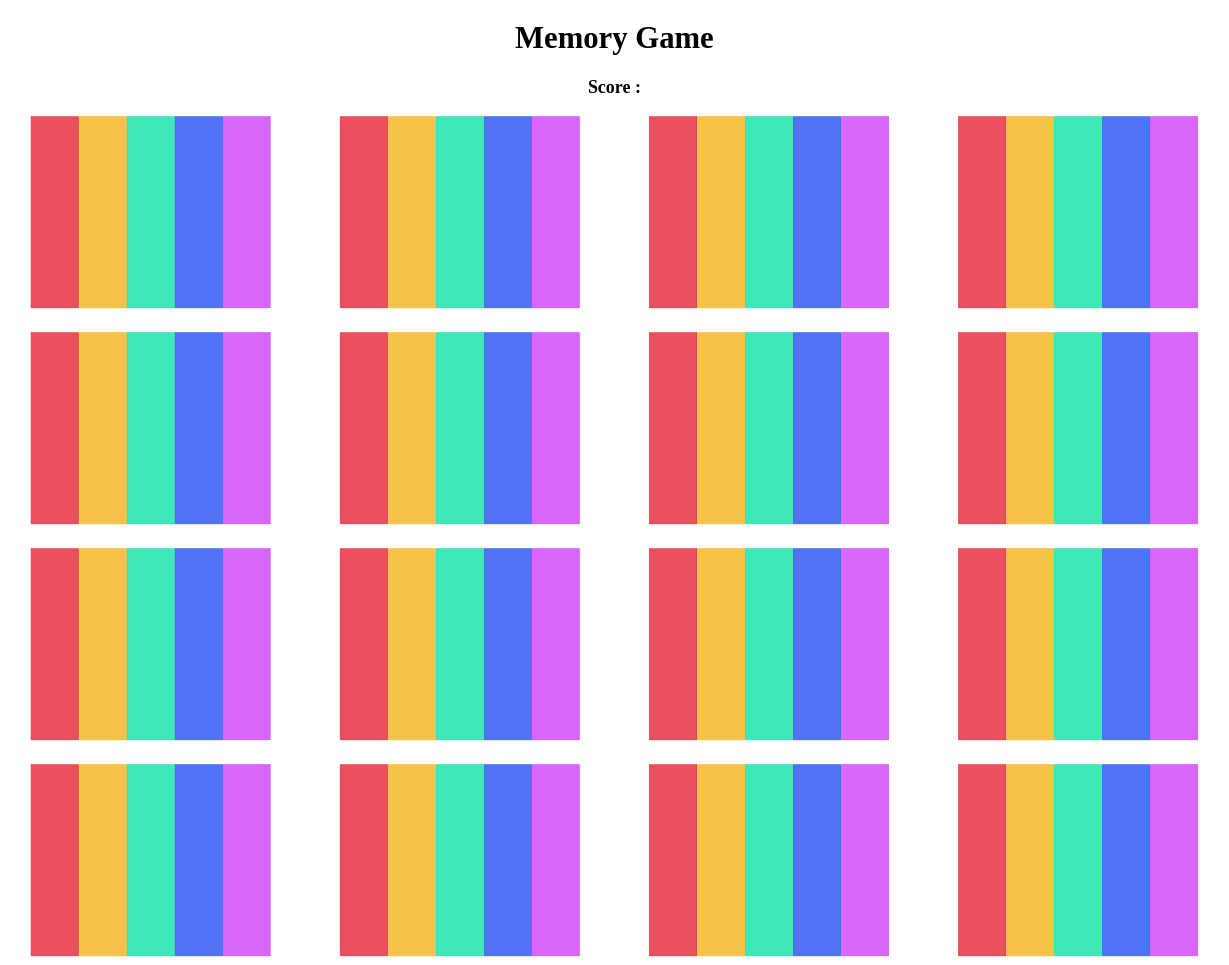
Repository: divyaravada/javascript-games
Page: memory-game/memorygame.html
The author's editor kept a copy of each file at every save. The page is drawn from the files as they stood at one save, then again after the next save.
The browser window is 1280 px wide. The pictures show the whole page, at 96% of full size.

Above is the page before, as saved 2022-03-15 17:02:10.

After the next save:
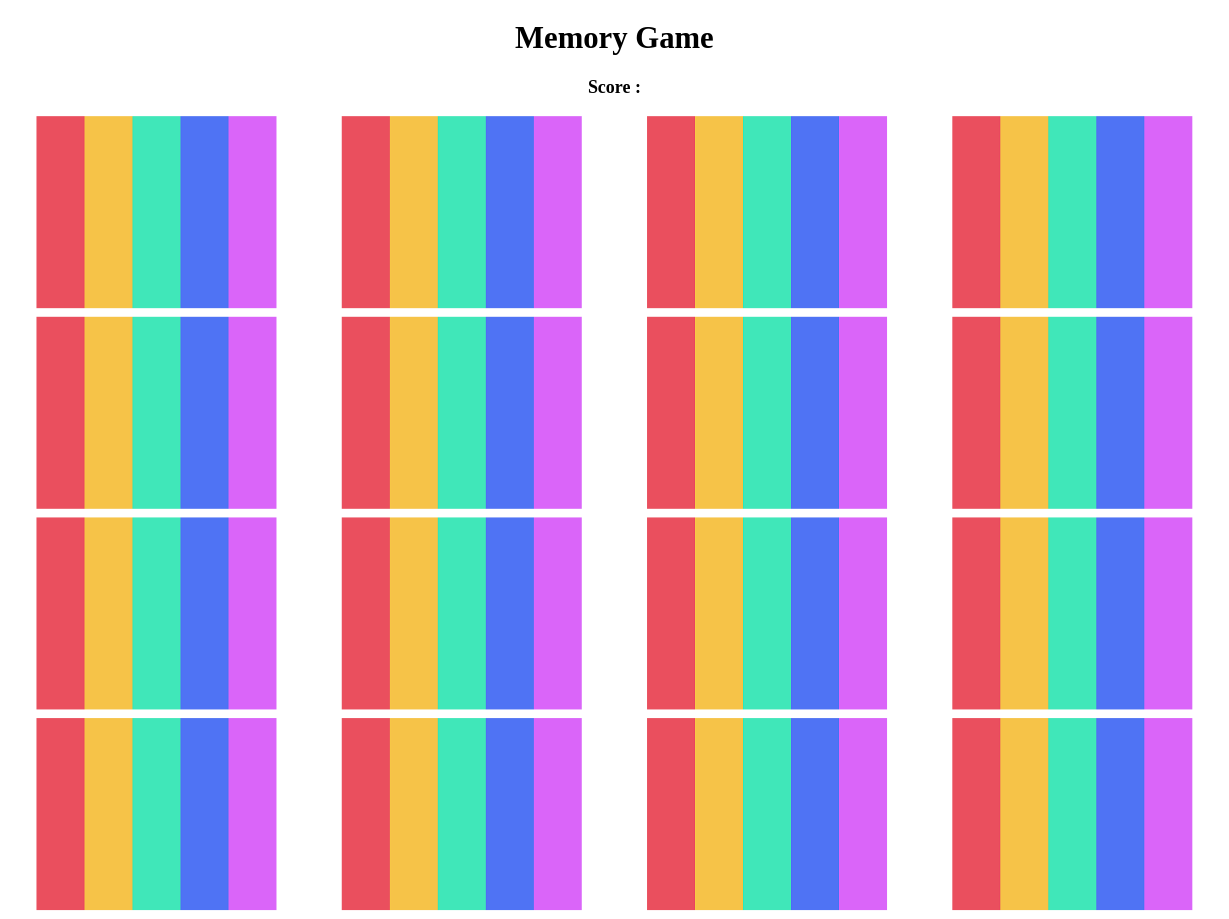
Saved 21 s later.
--- a/memory-game/memorystyle.css
+++ b/memory-game/memorystyle.css
@@ -6,7 +6,7 @@
 #grid {
   display: grid;
   grid-template-columns: repeat(auto-fit, minmax(250px, 1fr));
-  grid-gap: 1.5rem;
+  grid-gap: 0.5rem;
   justify-items: center;
   margin: 0;
   padding: 0;
